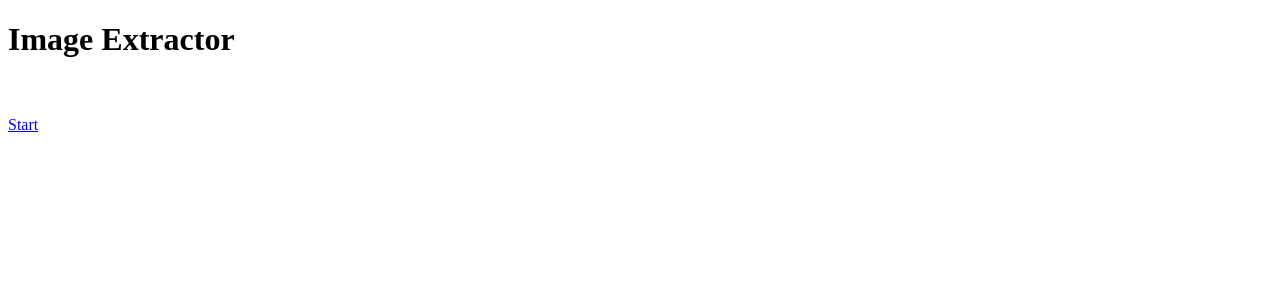
Repository: Rainam98/ImageExtractor
Page: http://localhost/demo/
The author's editor kept a copy of each file at every save. The page is drawn from the files as they stood at one save, then again after the next save.
The browser window is 1280 px wide. The pictures show the whole page.
The page is served by Tomcat 9. Other server files are loaded and not shown.

Above is the page before, as saved 2023-06-02 05:00:42.

### demo/src/main/webapp/index.jsp
<!DOCTYPE html PUBLIC "-//W3C//DTD HTML 4.01 Transitional//EN" "http://www.w3.org/TR/html4/loose.dtd">
<html>
	<head>
		<title>Image Extractor</title>
	</head>
	<body>
			<h1>Image Extractor</h1>
			<br><br>
			<a href = "/start">Start</a>
	</body>
</html>

After the next save:
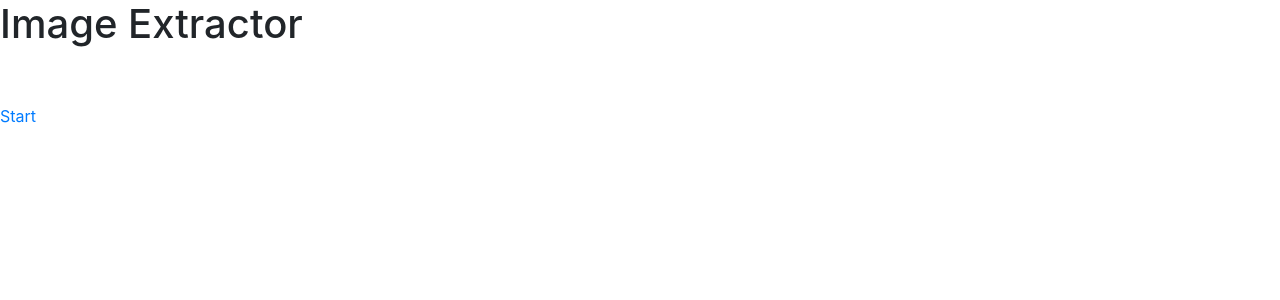
Saved 58 s later.
--- a/demo/src/main/webapp/index.jsp
+++ b/demo/src/main/webapp/index.jsp
@@ -1,6 +1,10 @@
 <!DOCTYPE html PUBLIC "-//W3C//DTD HTML 4.01 Transitional//EN" "http://www.w3.org/TR/html4/loose.dtd">
 <html>
 	<head>
+	<link rel="stylesheet"
+	href="https://cdn.jsdelivr.net/npm/bootstrap@4.3.1/dist/css/bootstrap.min.css"
+	integrity="sha384-ggOyR0iXCbMQv3Xipma34MD+dH/1fQ784/j6cY/iJTQUOhcWr7x9JvoRxT2MZw1T"
+	crossorigin="anonymous">
 		<title>Image Extractor</title>
 	</head>
 	<body>
